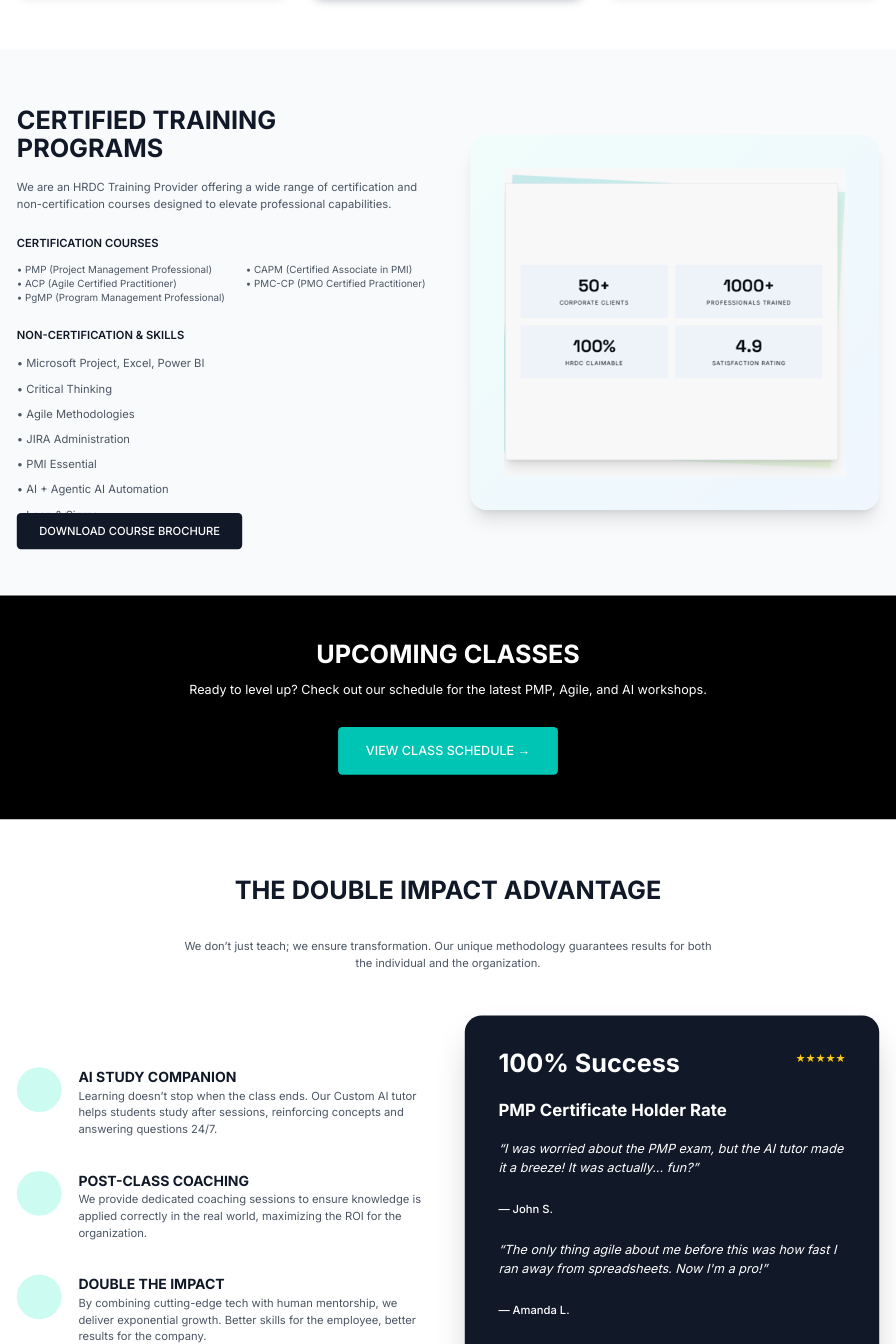
Repository: hsuntariq/web-pages
Page: impact/index.html
An editor plug-in stored every save of this project. The page is shown before and after a run of saves, followed by the edit.
The browser window is 1280 px wide. The pictures show the part of the page from y = 1294 to 3214 px (the page is 3989 px tall before and 4029 px after), at 70% of full size.
Some web libraries are served in a nearby version.

Above is the page before, as saved 2025-12-28 20:34:08.

After the next 2 saves:
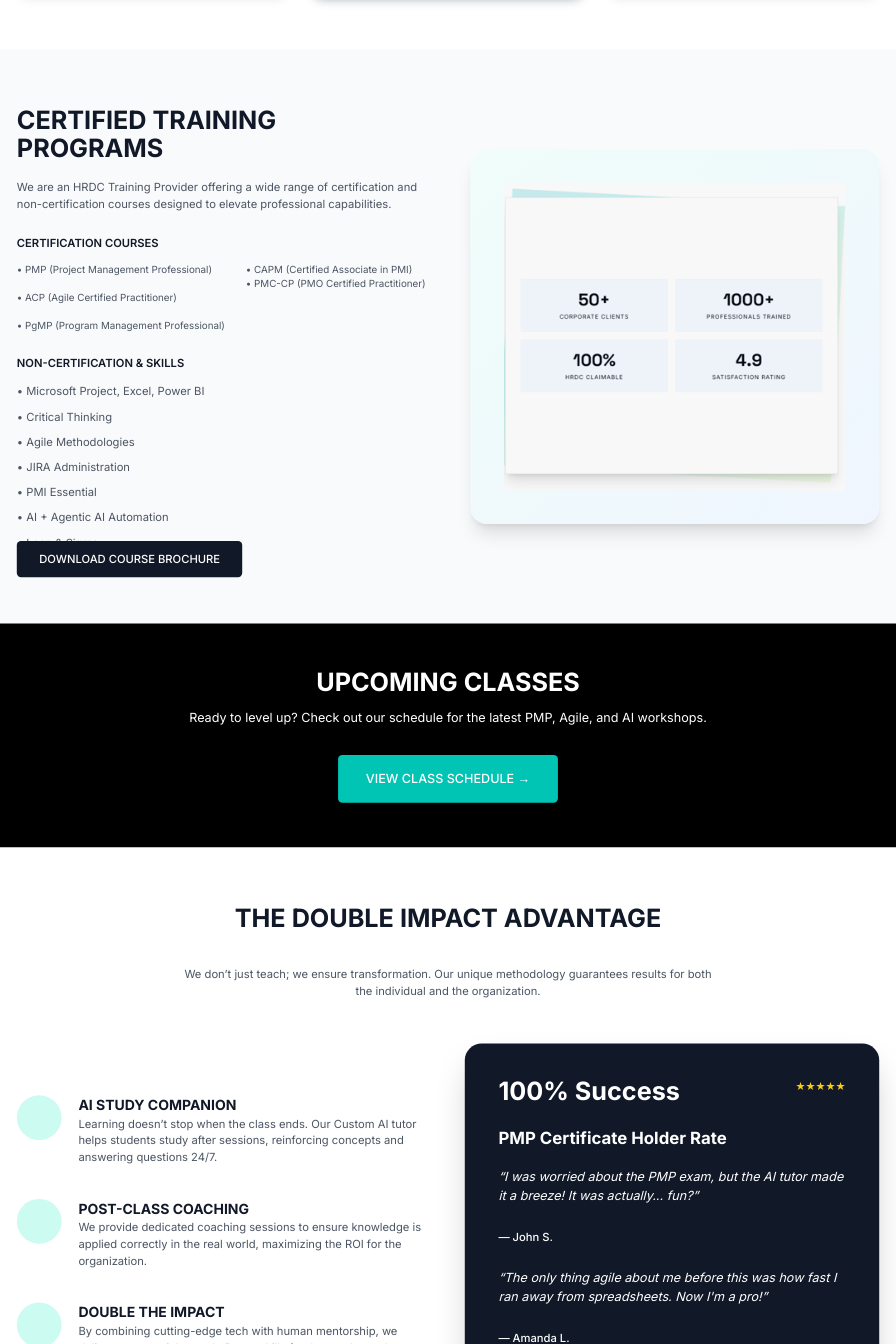
The 2 saves are shown as one change because they came seconds apart.
The last was saved 17 s later.
--- a/impact/index.html
+++ b/impact/index.html
@@ -224,7 +224,7 @@
               <h4 class="font-semibold mb-4">CERTIFICATION COURSES</h4>
               <ul class="space-y-3 text-gray-600">
                 <div class="flex justify-between text-sm">
-                  <div class="">
+                  <div class="flex flex-col gap-5">
                     <li>• PMP (Project Management Professional)</li>
                     <li>• ACP (Agile Certified Practitioner)</li>
                     <li>• PgMP (Program Management Professional)</li>
